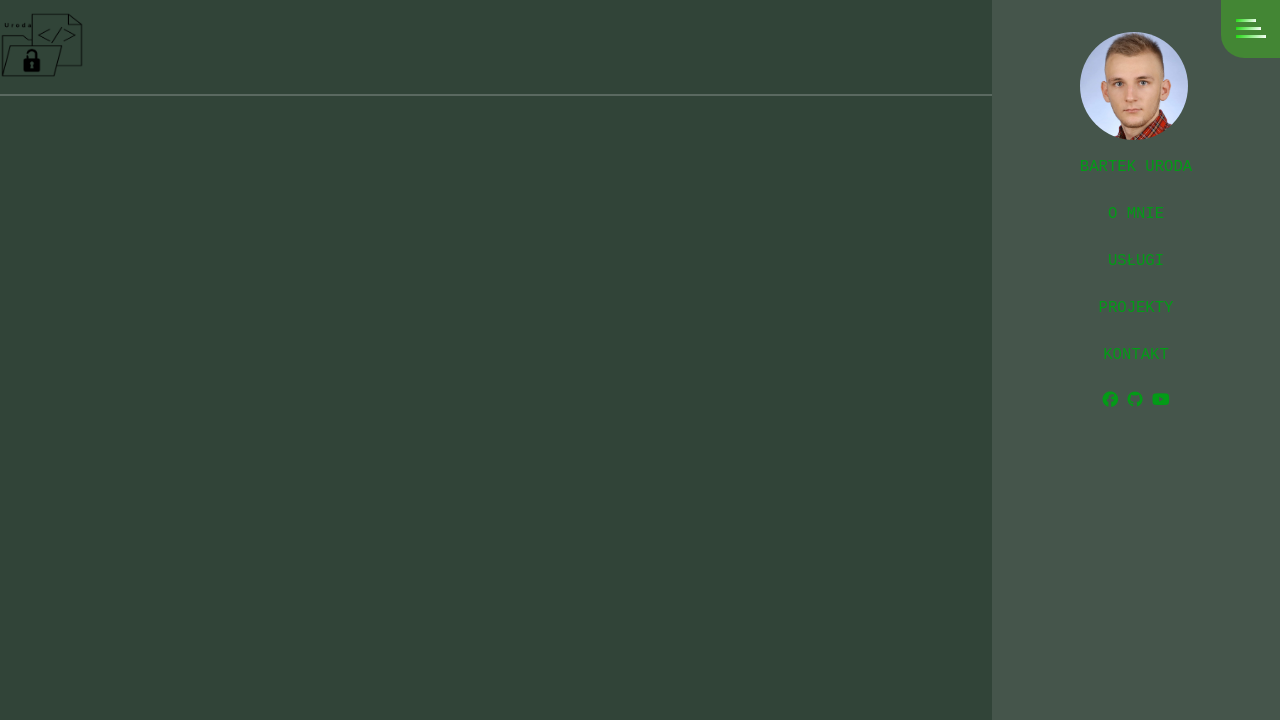
Repository: BartekUroda/portfolio
Page: index.html
The author's editor kept a copy of each file at every save. The page is drawn from the files as they stood at one save, then again after the next save.
The browser window is 1280 px wide. The pictures show the whole page.
Some web fonts or font styles are not loaded; a fallback is used. Some web libraries are served in a nearby version.

Above is the page before, as saved 2020-10-26 21:45:07.

After the next save:
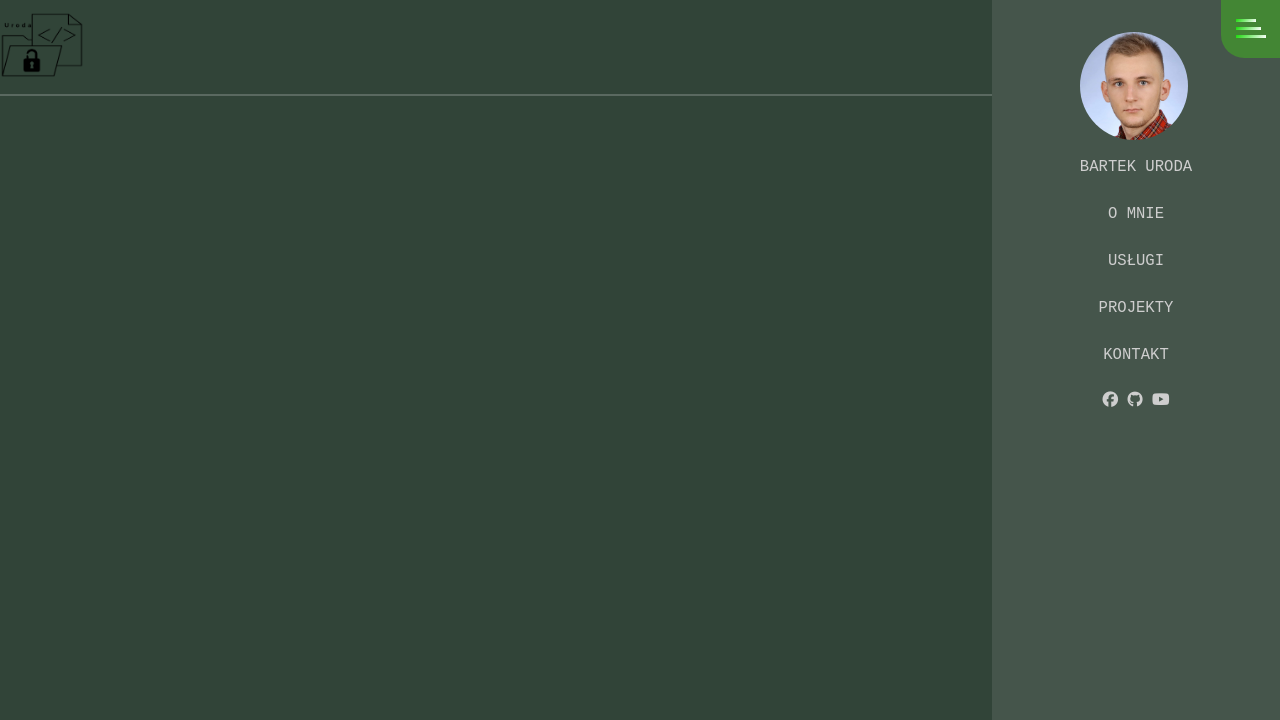
Saved 30 s later.
--- a/css/style.css
+++ b/css/style.css
@@ -136,4 +136,5 @@ nav {
     opacity: 1;
     font-size: 1.3rem;
     text-transform: uppercase;
+    color: #cecece;
 }
